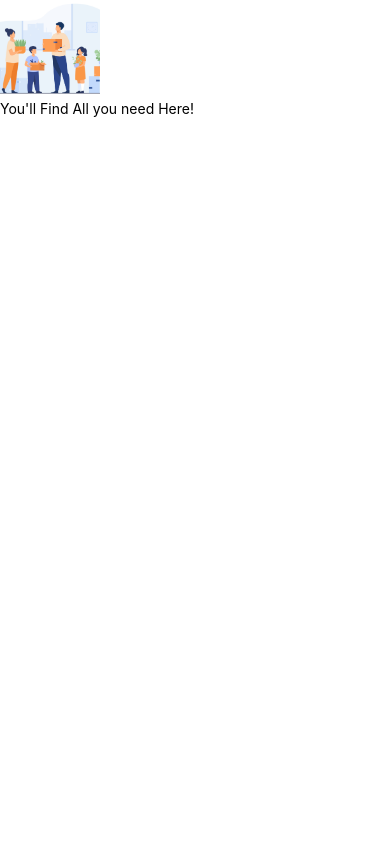
Repository: oscarMyerston/ProjectName
Screen: /
An editor plug-in stored every save of this project. The screen is shown before and after a run of saves, followed by the edit.
The app was drawn by React Native's web renderer in a window 390 px wide. The project was rebuilt for these pictures with package versions that can differ from the ones it lists, and the page was loaded fresh each time. Also part of the build but not shown: Chair.js, Table.js.

Above is the screen before, as saved 2024-06-02 19:18:29.

After the next 2 saves:
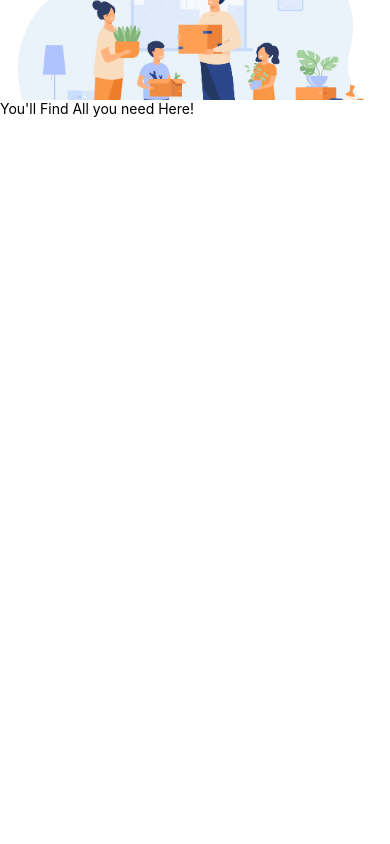
The 2 saves are shown as one change because they came seconds apart.
The last was saved 102 s later.
--- a/src/screen/auth/Splash/styles.js
+++ b/src/screen/auth/Splash/styles.js
@@ -2,7 +2,7 @@ import { StyleSheet } from "react-native"
 
 export const styles = StyleSheet.create({
   image: {
-    width: 100,
+    width: '100%',
     height: 100,
   }
 })
